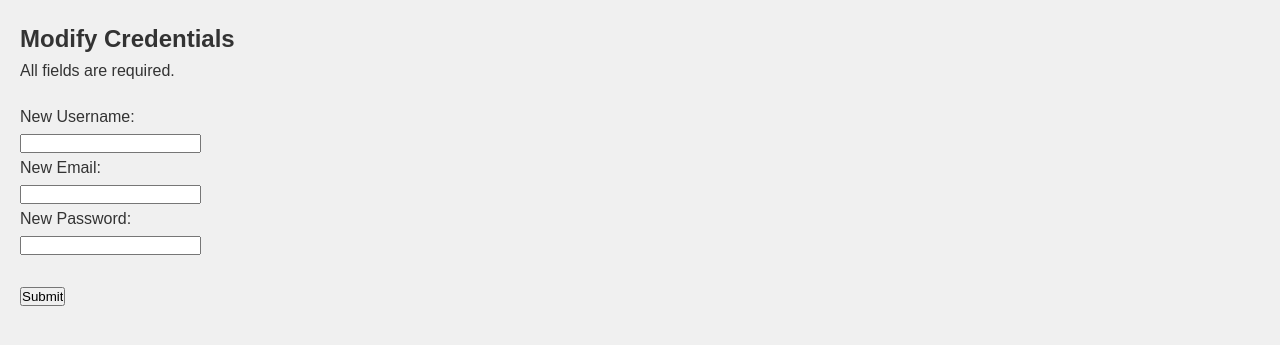
Repository: Javimetro/UniZen
Page: client/public/modifyCredentials.html
These files come from the project's save history. The page is drawn as it stood at one moment and after the next save; the edit follows.
The browser window is 1280 px wide. The pictures show the whole page.

Above is the page before, as saved 2024-03-13 10:19:19.

After the next save:
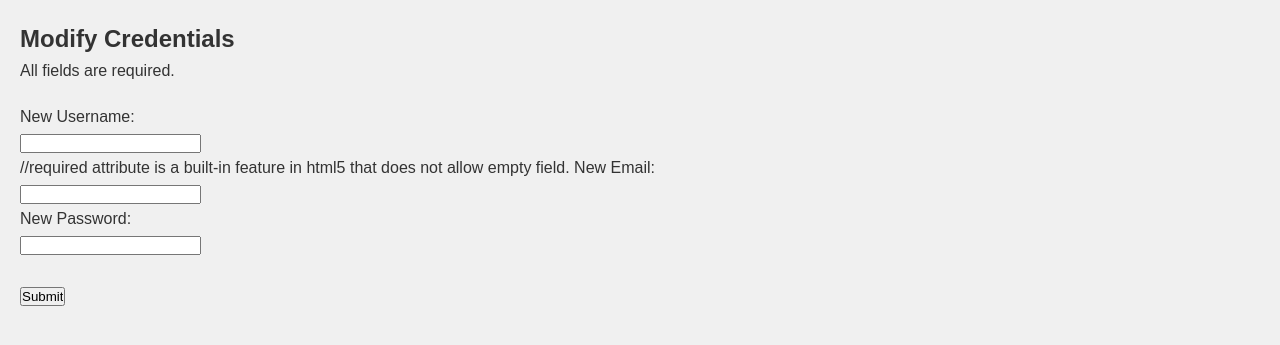
Saved 106 s later.
--- a/client/public/modifyCredentials.html
+++ b/client/public/modifyCredentials.html
@@ -12,7 +12,7 @@
   <form id="modify-credentials-form">
     <p>All fields are required.</p>
     <label for="username">New Username:</label><br>
-    <input type="text" id="username" name="username" required><br>
+    <input type="text" id="username" name="username" required><br>//required attribute is a built-in feature in html5 that does not allow empty field.
     <label for="email">New Email:</label><br>
     <input type="email" id="email" name="email" required><br>
     <label for="password">New Password:</label><br>
